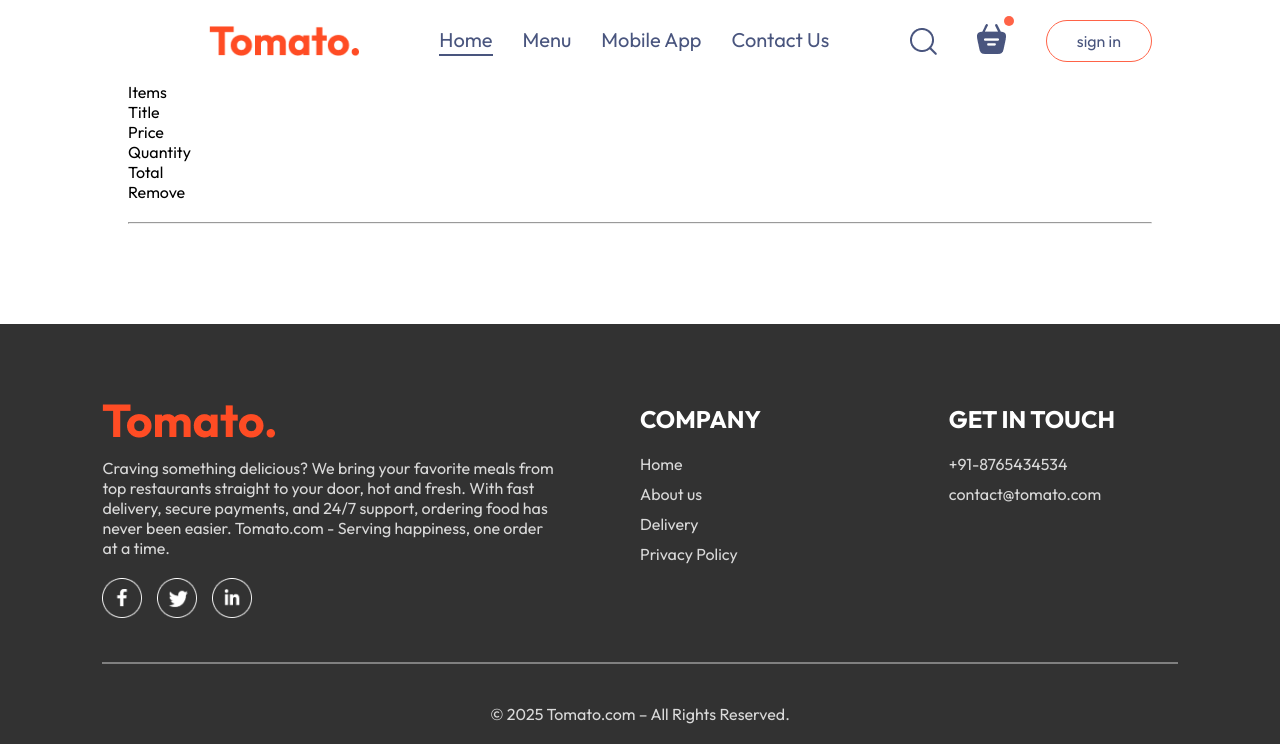
Repository: esakkiraj8104/FOOD_ORDER1
Page: /cart
An editor plug-in stored every save of this project. The page is shown before and after the next save, followed by the edit.
The browser window is 1280 px wide. The pictures show the whole page.
The project was rebuilt for these pictures with package versions that can differ from the ones it lists, and the page was loaded fresh each time. Also part of the build but not shown: vite.config.js, src/components/Navbar/Header/Haeder.css, src/components/Navbar/Header/Header.jsx, src/components/Navbar/ExploreMenu/ExploreMenu.css, src/components/Navbar/ExploreMenu/ExploreMenu.jsx, src/components/Navbar/FoodDisplay/FoodDisplay.css, src/components/Navbar/FoodItem/FoodItem.css, src/components/Navbar/FoodItem/FoodItem.jsx and 7 more. Imported but missing from the stored project, and not drawn on this page: src/pages/PlaceOrder/PlaceOrder.

Above is the page before, as saved 2025-05-20 18:04:14.

### index.html
<!doctype html>
<html lang="en">
  <head>
    <meta charset="UTF-8" />
    <link rel="icon" type="image/svg+xml" href="/vite.svg" />
    <meta name="viewport" content="width=device-width, initial-scale=1.0" />
    <title>Tomoto food Web</title>
  </head>
  <body>
    <div id="root"></div>
    <script type="module" src="/src/main.jsx"></script>
  </body>
</html>

### src/main.jsx
import React from 'react'
import ReactDOM from 'react-dom/client'
import './index.css'
import App from './App.jsx'
import {BrowserRouter} from 'react-router-dom'
import StoreContextProvider from './Context/StoreContext.jsx'

ReactDOM.createRoot(document.getElementById('root')).render(
  <BrowserRouter>
    <StoreContextProvider>
      <App />
    </StoreContextProvider>

  </BrowserRouter>

)

### src/index.css
@import url('https://fonts.googleapis.com/css2?family=Outfit:wght@100..900&display=swap');

*{
  padding: 0;
  margin: 0;
  box-sizing: border-box;
  font-family: outfit;
  scroll-behavior: smooth;
}
body{
  min-height: 100vh;
}
a{
  text-decoration :none;
  color: inherit;
}
.app{
  width: 80%;
  margin: auto;
}

@keyframes fadeIn {
  0%{
    opacity: 0;
  }
  100%{
    opacity: 1;
  }
}

### src/App.jsx
import React,{ useState } from 'react'
import { Route, Routes } from 'react-router-dom'
import Home from './pages/Home/Home'
import Cart from './pages/Cart/Cart'
import PlaceOrder from './pages/PlaceOrder/PlaceOrder'
import Navbar from './components/Navbar/Navbar/Navbar'
import Footer from './components/Navbar/Footer/Footer'
import LoginPopup from './components/LoginPopup/LoginPopup'

const App = () => {

  const[showLogin,setShowLogin]= useState(false)
  return (

    <>
    {showLogin?<LoginPopup setShowLogin={setShowLogin}/>:<></>}
      <div className='app'>
        <Navbar setShowLogin={setShowLogin}/>
        <Routes >
          <Route path='/' element={<Home />} />
          <Route path='/cart' element={<Cart />} />
          <Route path='/order' element={<PlaceOrder />} />
        </Routes>
      </div>
      <Footer />

    </>


  )
}

export default App

### src/Context/StoreContext.jsx
import { createContext, useEffect, useState } from "react";
import { food_list } from "../assets/assets";

export const StoreContext = createContext(null)

const StoreContextProvider = (props) => {

    const [cartItems,setCartItems]= useState({});

    const addToCart = (itemId) => {
        if (!cartItems[itemId]) {
            setCartItems((prev)=>({...prev,[itemId]:1}))
        }
        else{
            setCartItems((prev)=>({...prev,[itemId]:prev[itemId]+1}))
        }
    }

    const removeFromCart = (itemId) =>{
        setCartItems((prev)=>({...prev,[itemId]:prev[itemId]-1}))
    }

    useEffect(()=>{
        console.log(cartItems);
    },[cartItems])

    const contextValue = {
        food_list,
        cartItems,
        setCartItems,
        addToCart,
        removeFromCart

    }
    return (
        <StoreContext.Provider value={contextValue}>
            {props.children}
        </StoreContext.Provider>
    )
}

export default StoreContextProvider;

### src/pages/Cart/Cart.jsx
import React, { useContext } from 'react'
import './Cart.css'
import {StoreContext} from '../../Context/StoreContext'
const Cart = () => {


    const {cartItems,food_list,removeFromCart}= useContext(StoreContext);
  return (
    <div className='cart'>
        <div className="cart-items">
          <div className="cart-items-title">
            <p>Items</p>
            <p>Title</p>
            <p>Price</p>
            <p>Quantity</p>
            <p>Total</p>
            <p>Remove</p>
          </div>
          <br />
          <hr />
        </div>
    </div>
  )
}

export default Cart

### src/components/Navbar/Navbar/Navbar.jsx
import React, { useState } from 'react'
import './Navbar.css'
import { assets } from '../../../assets/assets'
import { Link } from 'react-router-dom';
const Navbar = ({setShowLogin}) => {

    const [menu,setMenu] = useState("home");
  return (
    <div className='navbar'>
        <Link to='/'></Link><img src={assets.logo} alt="" className="logo" />
        <ul className="navbar-menu">
        <Link to='/'className={menu === "home" ? "active" : ""} onClick={() => setMenu("home")}>Home</Link>
        <a href='#explore-menu' className={menu === "menu" ? "active" : ""} onClick={() => setMenu("menu")}>Menu</a>
        <a href='#app-download'className={menu === "mobile-app" ? "active" : ""} onClick={() => setMenu("mobile-app")}>Mobile App</a>
        <a href='#footer'className={menu === "contact us" ? "active" : ""} onClick={() => setMenu("contact us")}>Contact Us</a>
        </ul>
        <div className="navbar-right">
            <img src={assets.search_icon} alt="" />
            <div className="navbar-search-icon">
                <Link to='/cart'><img src={assets.basket_icon} alt="" /></Link>
                <div className="dot"></div>
            </div>
            <button onClick={()=>setShowLogin(true)}>sign in</button>
        </div>
    </div>
  )
}

export default Navbar

### src/components/Navbar/Footer/Footer.jsx
import React from 'react'
import './Footer.css'
import { assets } from '../../../assets/assets'

const Footer = () => {
  return (

    <div className='footer' id='footer'>
      <div className="footer-content">
        <div className="footer-content-left">
          <img src={assets.logo} alt="" />
          <p>Craving something delicious? We bring your favorite meals from top restaurants straight to your door, hot and fresh.
            With fast delivery, secure payments, and  24/7 support, ordering food has never been easier.
            Tomato.com - Serving happiness, one order at a time.</p>
          <div className="footer-social-icons">
            <img src={assets.facebook_icon} alt="" />
            <img src={assets.twitter_icon} alt="" />
            <img src={assets.linkedin_icon} alt="" />
          </div>
        </div>
        <div className="footer-content-center">
          <h2>COMPANY</h2>
          <ul>
            <li>Home</li>
            <li>About us</li>
            <li>Delivery</li>
            <li>Privacy Policy</li>
          </ul>
        </div>
        <div className="footer-content-right">
          <h2>GET IN TOUCH</h2>
          <ul>
            <li>+91-8765434534</li>
            <li>contact@tomato.com</li>
          </ul>
        </div>
      </div>
      <hr />
      <p className="footer-copyright">© 2025 Tomato.com – All Rights Reserved.</p>
    </div>
  )
}

export default Footer

### src/assets/assets.js
import basket_icon from './basket_icon.png'
import logo from './logo.png'
import header_img from './header_img.png'
import search_icon from './search_icon.png'
import menu_1 from './menu_1.png'
import menu_2 from './menu_2.png'
import menu_3 from './menu_3.png'
import menu_4 from './menu_4.png'
import menu_5 from './menu_5.png'
import menu_6 from './menu_6.png'
import menu_7 from './menu_7.png'
import menu_8 from './menu_8.png'

import food_1 from './food_1.png'
import food_2 from './food_2.png'
import food_3 from './food_3.png'
import food_4 from './food_4.png'
import food_5 from './food_5.png'
import food_6 from './food_6.png'
import food_7 from './food_7.png'
import food_8 from './food_8.png'
import food_9 from './food_9.png'
import food_10 from './food_10.png'
import food_11 from './food_11.png'
import food_12 from './food_12.png'
import food_13 from './food_13.png'
import food_14 from './food_14.png'
import food_15 from './food_15.png'
import food_16 from './food_16.png'
import food_17 from './food_17.png'
import food_18 from './food_18.png'
import food_19 from './food_19.png'
import food_20 from './food_20.png'
import food_21 from './food_21.png'
import food_22 from './food_22.png'
import food_23 from './food_23.png'
import food_24 from './food_24.png'
import food_25 from './food_25.png'
import food_26 from './food_26.png'
import food_27 from './food_27.png'
import food_28 from './food_28.png'
import food_29 from './food_29.png'
import food_30 from './food_30.png'
import food_31 from './food_31.png'
import food_32 from './food_32.png'

import add_icon_white from './add_icon_white.png'
import add_icon_green from './add_icon_green.png'
import remove_icon_red from './remove_icon_red.png'
import app_store from './app_store.png'
import play_store from './play_store.png'
import linkedin_icon from './linkedin_icon.png'
import facebook_icon from './facebook_icon.png'
import twitter_icon from './twitter_icon.png'
import cross_icon from './cross_icon.png'
import selector_icon from './selector_icon.png'
import rating_starts from './rating_starts.png'
import profile_icon from './profile_icon.png'
import bag_icon from './bag_icon.png'
import logout_icon from './logout_icon.png'
import parcel_icon from './parcel_icon.png'

export const assets = {
    logo,
    basket_icon,
    header_img,
    search_icon,
    rating_starts,
    add_icon_green,
    add_icon_white,
    remove_icon_red,
    app_store,
    play_store,
    linkedin_icon,
    facebook_icon,
    twitter_icon,
    cross_icon,
    selector_icon,
    profile_icon,
    logout_icon,
    bag_icon,
    parcel_icon
}

export const menu_list = [
    {
        menu_name: "Salad",
        menu_image: menu_1
    },
    {
        menu_name: "Rolls",
        menu_image: menu_2
    },
    {
        menu_name: "Deserts",
        menu_image: menu_3
    },
    {
        menu_name: "Sandwich",
        menu_image: menu_4
    },
    {
        menu_name: "Cake",
        menu_image: menu_5
    },
    {
        menu_name: "Pure Veg",
        menu_image: menu_6
    },
    {
        menu_name: "Pasta",
        menu_image: menu_7
    },
    {
        menu_name: "Noodles",
        menu_image: menu_8
    }]

export const food_list = [
    {
        _id: "1",
        name: "Greek salad",
        image: food_1,
        price: 12,
        description: "Food provides essential nutrients for overall health and well-being",
        category: "Salad"
    },
    {
        _id: "2",
        name: "Veg salad",
        image: food_2,
        price: 18,
        description: "Food provides essential nutrients for overall health and well-being",
        category: "Salad"
    }, {
        _id: "3",
        name: "Clover Salad",
        image: food_3,
        price: 16,
        description: "Food provides essential nutrients for overall health and well-being",
        category: "Salad"
    }, {
        _id: "4",
        name: "Chicken Salad",
        image: food_4,
        price: 24,
        description: "Food provides essential nutrients for overall health and well-being",
        category: "Salad"
    }, {
        _id: "5",
        name: "Lasagna Rolls",
        image: food_5,
        price: 14,
        description: "Food provides essential nutrients for overall health and well-being",
        category: "Rolls"
    }, {
        _id: "6",
        name: "Peri Peri Rolls",
        image: food_6,
        price: 12,
        description: "Food provides essential nutrients for overall health and well-being",
        category: "Rolls"
    }, {
        _id: "7",
        name: "Chicken Rolls",
        image: food_7,
        price: 20,
        description: "Food provides essential nutrients for overall health and well-being",
        category: "Rolls"
    }, {
        _id: "8",
        name: "Veg Rolls",
        image: food_8,
        price: 15,
        description: "Food provides essential nutrients for overall health and well-being",
        category: "Rolls"
    }, {
        _id: "9",
        name: "Ripple Ice Cream",
        image: food_9,
        price: 14,
        description: "Food provides essential nutrients for overall health and well-being",
        category: "Deserts"
    }, {
        _id: "10",
        name: "Fruit Ice Cream",
        image: food_10,
        price: 22,
        description: "Food provides essential nutrients for overall health and well-being",
        category: "Deserts"
    }, {
        _id: "11",
        name: "Jar Ice Cream",
        image: food_11,
        price: 10,
        description: "Food provides essential nutrients for overall health and well-being",
        category: "Deserts"
    }, {
        _id: "12",
        name: "Vanilla Ice Cream",
        image: food_12,
        price: 12,
        description: "Food provides essential nutrients for overall health and well-being",
        category: "Deserts"
    },
    {
        _id: "13",
        name: "Chicken Sandwich",
        image: food_13,
        price: 12,
        description: "Food provides essential nutrients for overall health and well-being",
        category: "Sandwich"
    },
    {
        _id: "14",
        name: "Vegan Sandwich",
        image: food_14,
        price: 18,
        description: "Food provides essential nutrients for overall health and well-being",
        category: "Sandwich"
    }, {
        _id: "15",
        name: "Grilled Sandwich",
        image: food_15,
        price: 16,
        description: "Food provides essential nutrients for overall health and well-being",
        category: "Sandwich"
    }, {
        _id: "16",
        name: "Bread Sandwich",
        image: food_16,
        price: 24,
        description: "Food provides essential nutrients for overall health and well-being",
        category: "Sandwich"
    }, {
        _id: "17",
        name: "Cup Cake",
        image: food_17,
        price: 14,
        description: "Food provides essential nutrients for overall health and well-being",
        category: "Cake"
    }, {
        _id: "18",
        name: "Vegan Cake",
        image: food_18,
        price: 12,
        description: "Food provides essential nutrients for overall health and well-being",
        category: "Cake"
    }, {
        _id: "19",
        name: "Butterscotch Cake",
        image: food_19,
        price: 20,
        description: "Food provides essential nutrients for overall health and well-being",
        category: "Cake"
    }, {
        _id: "20",
        name: "Sliced Cake",
        image: food_20,
        price: 15,
        description: "Food provides essential nutrients for overall health and well-being",
        category: "Cake"
    }, {
        _id: "21",
        name: "Garlic Mushroom ",
        image: food_21,
        price: 14,
        description: "Food provides essential nutrients for overall health and well-being",
        category: "Pure Veg"
    }, {
        _id: "22",
        name: "Fried Cauliflower",
        image: food_22,
        price: 22,
        description: "Food provides essential nutrients for overall health and well-being",
        category: "Pure Veg"
    }, {
        _id: "23",
        name: "Mix Veg Pulao",
        image: food_23,
        price: 10,
        description: "Food provides essential nutrients for overall health and well-being",
        category: "Pure Veg"
    }, {
        _id: "24",
        name: "Rice Zucchini",
        image: food_24,
        price: 12,
        description: "Food provides essential nutrients for overall health and well-being",
        category: "Pure Veg"
    },
    {
        _id: "25",
        name: "Cheese Pasta",
        image: food_25,
        price: 12,
        description: "Food provides essential nutrients for overall health and well-being",
        category: "Pasta"
    },
    {
        _id: "26",
        name: "Tomato Pasta",
        image: food_26,
        price: 18,
        description: "Food provides essential nutrients for overall health and well-being",
        category: "Pasta"
    }, {
        _id: "27",
        name: "Creamy Pasta",
        image: food_27,
        price: 16,
        description: "Food provides essential nutrients for overall health and well-being",
        category: "Pasta"
    }, {
        _id: "28",
        name: "Chicken Pasta",
        image: food_28,
        price: 24,
        description: "Food provides essential nutrients for overall health and well-being",
        category: "Pasta"
    }, {
        _id: "29",
        name: "Buttter Noodles",
        image: food_29,
        price: 14,
        description: "Food provides essential nutrients for overall health and well-being",
        category: "Noodles"
    }, {
        _id: "30",
        name: "Veg Noodles",
        image: food_30,
        price: 12,
        description: "Food provides essential nutrients for overall health and well-being",
        category: "Noodles"
    }, {
        _id: "31",
        name: "Somen Noodles",
        image: food_31,
        price: 20,
        description: "Food provides essential nutrients for overall health and well-being",
        category: "Noodles"
    }, {
        _id: "32",
        name: "Cooked Noodles",
        image: food_32,
        price: 15,
        description: "Food provides essential nutrients for overall health and well-being",
        category: "Noodles"
    }
]

### src/components/Navbar/Navbar/Navbar.css
.navbar{
    padding: 20px 0px;
    display: flex;
    justify-content: space-between;
    align-items: center;
}

.navbar .logo{
    width: 150px;
}

.navbar-menu{
    display: flex;
    list-style: none;
    gap: 30px;
    color: #49557e;
    font-size: 20px;
}

.navbar-right{
    display: flex;
    align-items: center;
    gap: 40px;
}

.navbar button{
    background: transparent;
    font-size: 16px;
    color: #49557e;
    border: 1px solid tomato;
    padding: 10px 30px;
    border-radius: 50px;
    cursor: pointer;
    transition: 0.3;
}

.navbar button:hover{
    background-color: #fff4f2;
}

.navbar .active{
    padding-bottom: 2px;
    border-bottom: 2px solid #49557e;
}

.navbar li{
    cursor: pointer;
}

.navbar-search-icon{
    position:relative;
}

.navbar-search-icon .dot{
    position: absolute;
    min-width: 10px;
    min-height: 10px;
    background-color: tomato;
    border-radius: 5px;
    top: -8px;
    right: -8px;
}
@media(max-width:1050px) {
    .navbar .logo{
        width: 140px;
    }
    .navbar-menu{
        gap: 20px;
        font-size: 17px;
    }
    .navbar-right{
        gap: 30px;
    }
    .navbar-right img{
        width: 22px;
    }
    .navbar-right button{
        padding: 8px 25px;
    }
}
@media(max-width:900px) {
    .navbar .logo{
        width: 120px;
    }
    .navbar-menu{
        gap: 15px;
        font-size: 16px;
    }
    .navbar-right{
        gap: 20px;
    }
    .navbar-right img{
        width: 20px;
    }
    .navbar-right button{
        padding: 7px 20px;
        font-size: 15px;
    }
}
@media(max-width:750px) {
    .navbar-menu{
        display: none;
    }
}

### src/components/Navbar/Footer/Footer.css
.footer{
    color: #d9d9d9;
    background: #323232;
    display: flex;
    flex-direction: column;
    align-items: center;
    gap: 20px;
    padding: 20px 8vw;
    padding-top: 80px;
    margin-top: 100px;

}

.footer-content{
    width: 100%;
    display: grid;
    grid-template-columns: 2fr 1fr 1fr;
    gap: 80px;
}
.footer-content-left, .footer-content-right, .footer-content-center{
    display: flex;
    flex-direction: column;
    align-items: start;
    gap: 20px;
}
.footer-content-left li, .footer-content-right li, .footer-content-center li{
    list-style: none;
    margin-bottom: 10px;
    cursor: pointer;
}
.footer-content-right h2, .footer-content-center h2 {
    color: white;
}
.footer-social-icons img{
    width: 40px;
    margin-right: 15px;
}
.footer hr{
    width: 100%;
    height: 2px;
    margin: 20px 0;
    background-color: grey;
    border: none;
}
@media (max-width:750px) {
    .footer-content{
        display: flex;
        flex-direction: column;
        gap: 35px;
    }
    .footer-copyright{
        text-align: center;
    }
}

Loaded but not shown: src/pages/Cart/Cart.css (no copy from this time; the picture is the same without it); src/pages/Home/Home.css (no stored copy; drawn as an empty file)

After the next save:
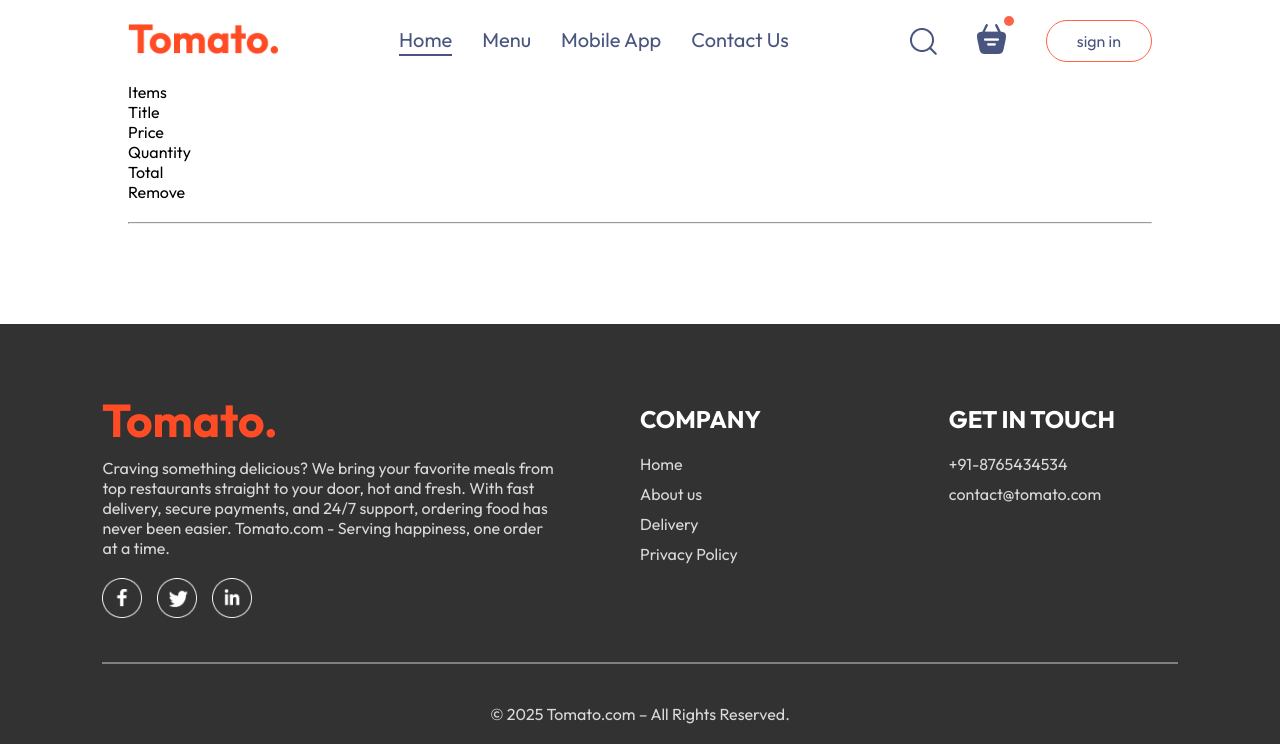
Saved 8 s later.
--- a/src/components/Navbar/Navbar/Navbar.jsx
+++ b/src/components/Navbar/Navbar/Navbar.jsx
@@ -7,7 +7,7 @@ const Navbar = ({setShowLogin}) => {
     const [menu,setMenu] = useState("home");
   return (
     <div className='navbar'>
-        <Link to='/'></Link><img src={assets.logo} alt="" className="logo" />
+        <Link to='/'><img src={assets.logo} alt="" className="logo" /></Link>
         <ul className="navbar-menu">
         <Link to='/'className={menu === "home" ? "active" : ""} onClick={() => setMenu("home")}>Home</Link>
         <a href='#explore-menu' className={menu === "menu" ? "active" : ""} onClick={() => setMenu("menu")}>Menu</a>
